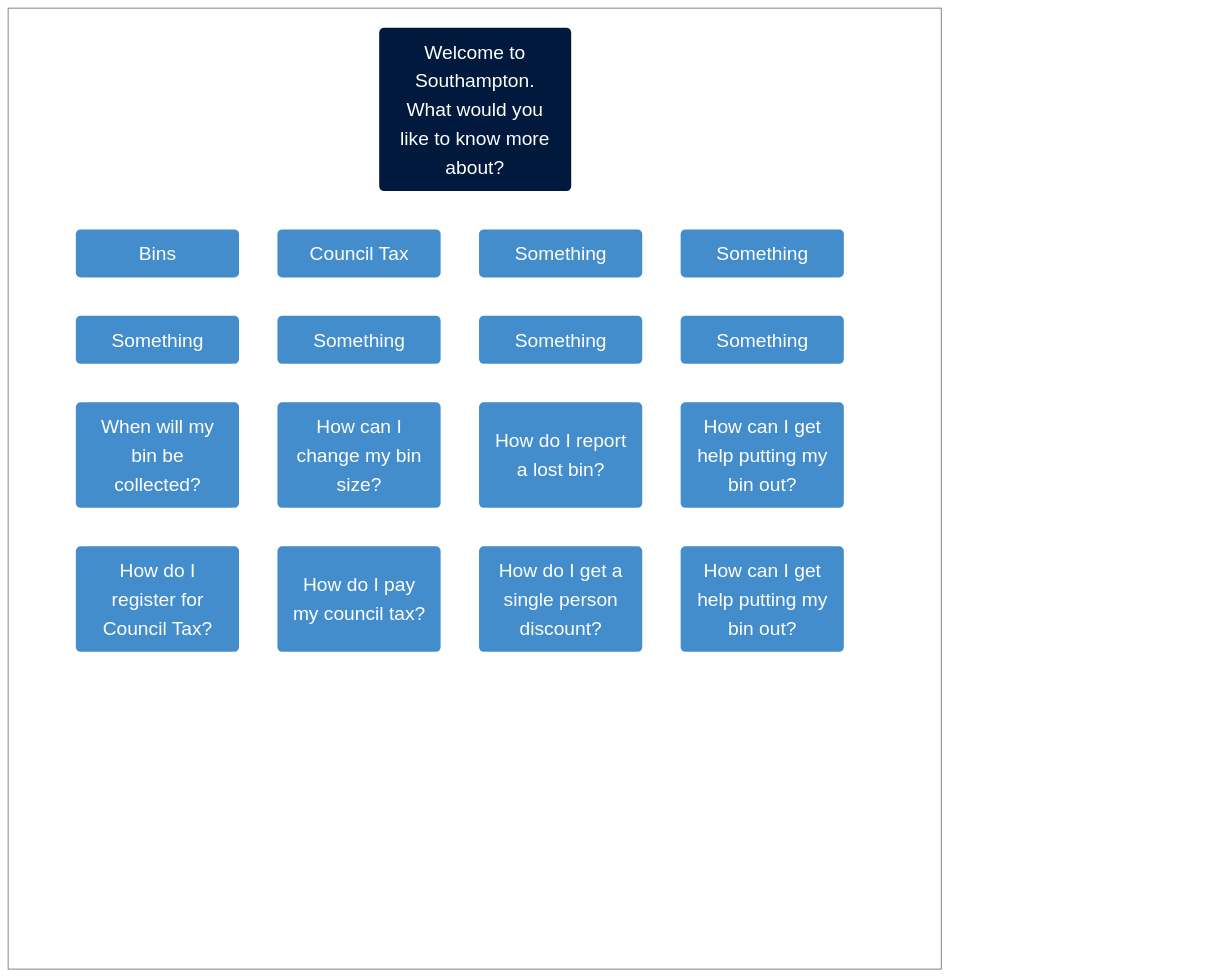
Repository: Domehead123/test
Page: index.html
The author's editor kept a record of every edit. The page is drawn from the files as they stood at one moment, then again after the next edit.
The browser window is 1280 px wide. The pictures show the whole page, at 96% of full size.

Above is the page before.
Console error: SyntaxError: missing ) after argument list

After the next edit:
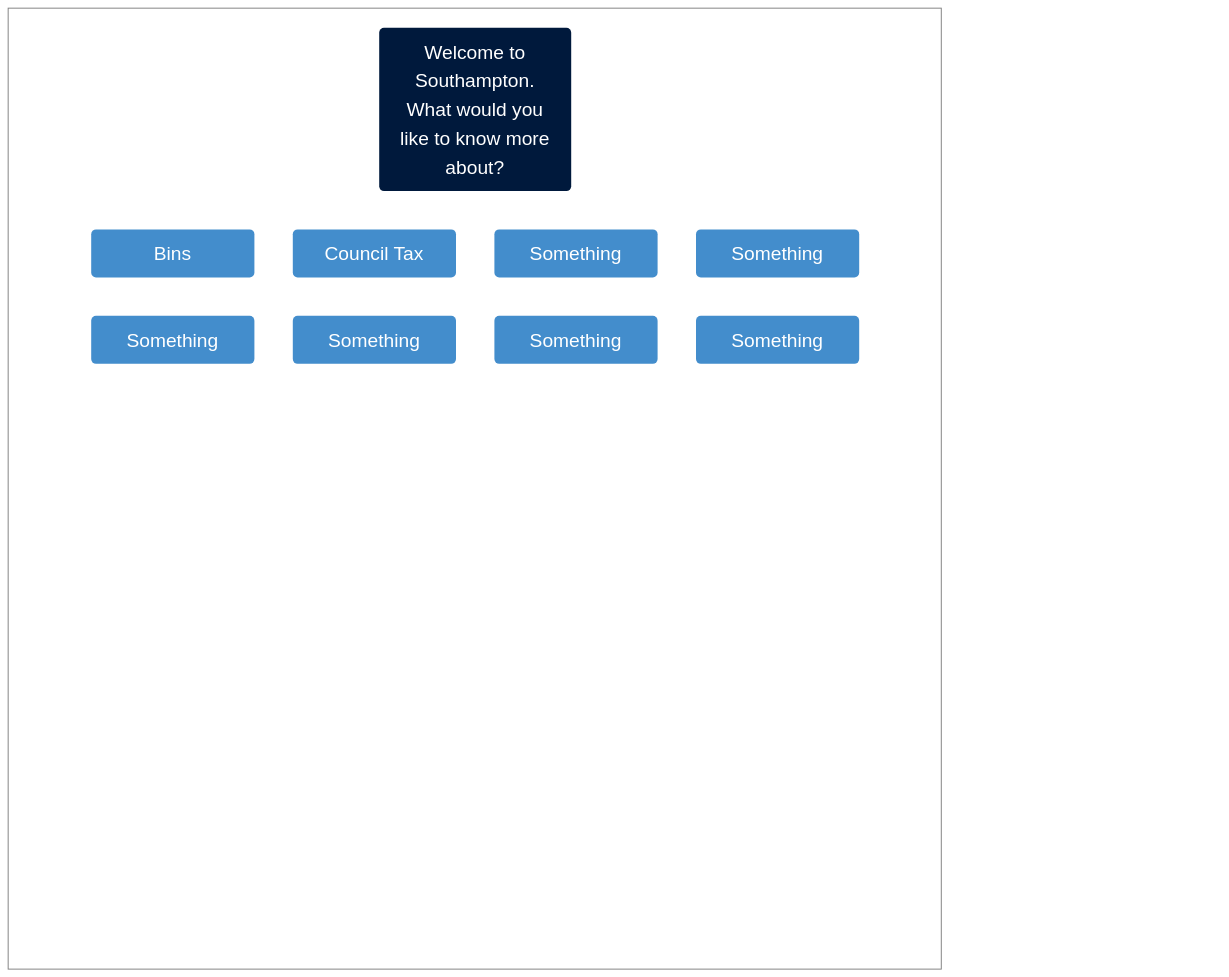
The edit:
--- a/assets/style.css
+++ b/assets/style.css
@@ -26,7 +26,11 @@
 text-align: center;
 display: flex;
 flex-wrap: wrap;
+justify-content: center;
+}
 
+#container1, #container2 {
+    display: none;
 }
 
 .bottom-box {
